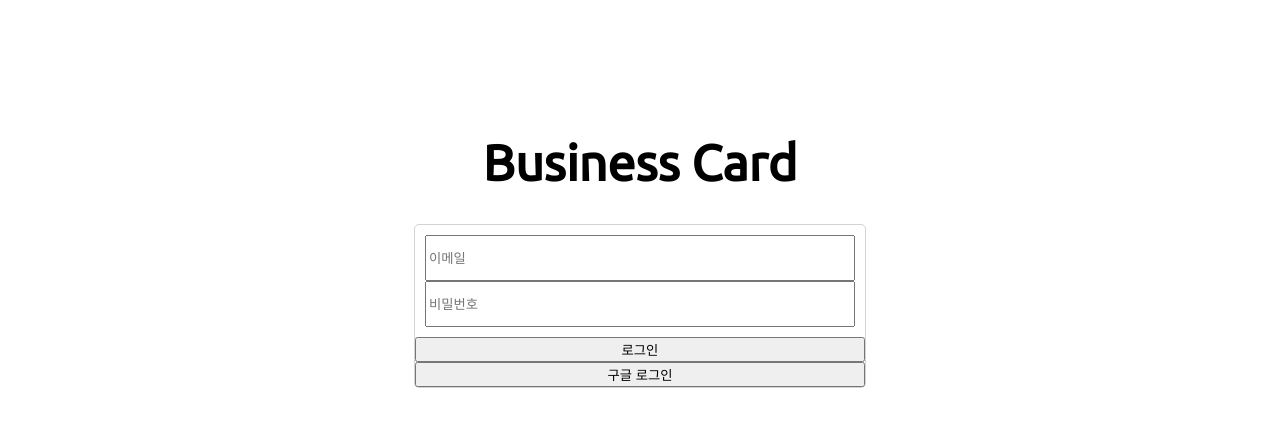
Repository: momo0170/react_businesscard
Page: /login
An editor plug-in stored every save of this project. The page is shown before and after the next save, followed by the edit.
The browser window is 1280 px wide. The pictures show the whole page.
The page's requests for data from a server got no answer. The project was rebuilt for these pictures with package versions that can differ from the ones it lists, and the page was loaded fresh each time. No one was signed in, and anything a server would have sent is missing.

Above is the page before, as saved 2022-08-10 19:49:07.

After the next save:
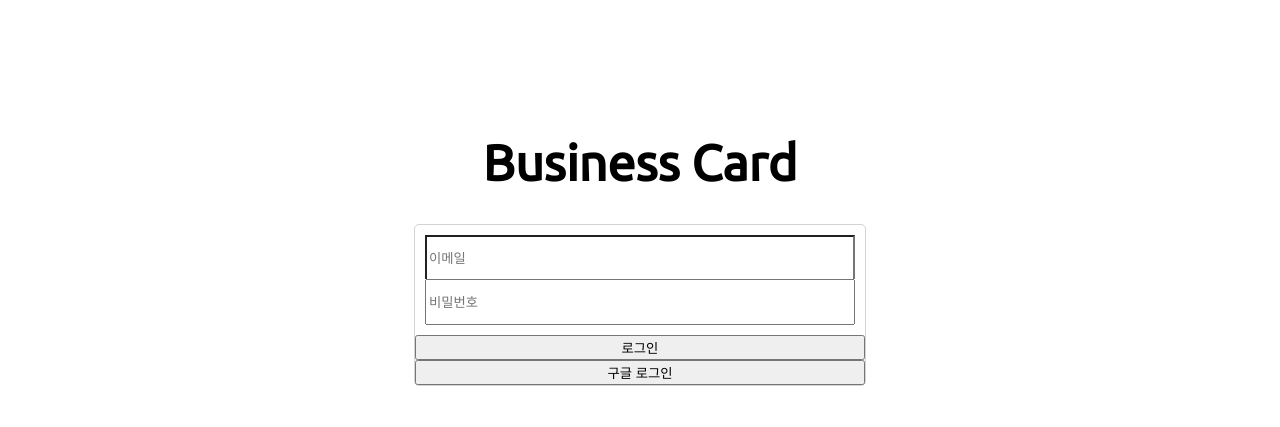
Saved 12 s later.
--- a/src/css/login.module.css
+++ b/src/css/login.module.css
@@ -30,7 +30,7 @@
 }
 
 .id {
-  /* border-bottom: none; */
+  border-bottom: 0;
 }
 
 .login {
